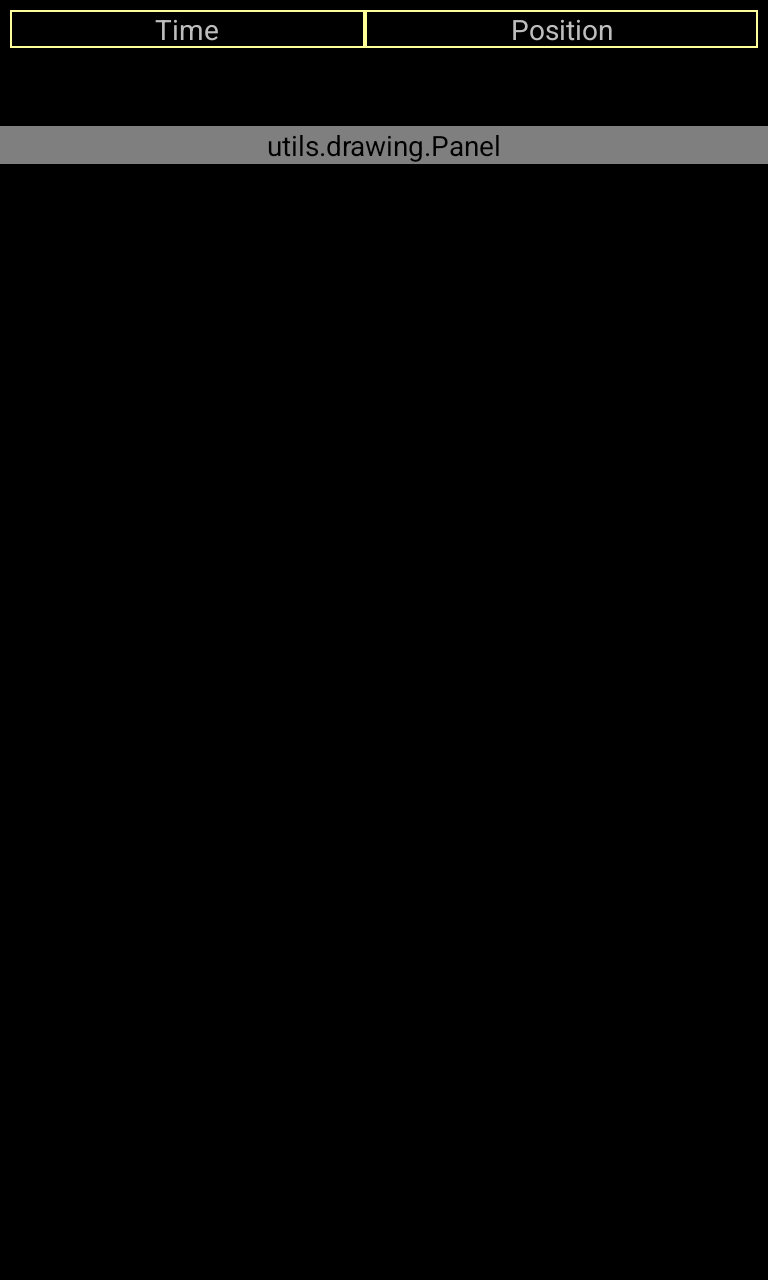
Repository: matthew-robertson/PhysLab
Layout: Phys Lab/Phys Lab/res/layout/activity_graphing.xml
These files come from the project's save history. The layout is drawn as it stood at one moment and after the next save; the edit follows.
Pictures or frames that could not be fetched are drawn as grey boxes. It is drawn on a 768 x 1280 px phone screen (xhdpi) without system bars, with theme android:Theme.Holo; the app's code is not run.

Above is the layout before, as saved 2013-01-08 14:33:27.

After the next save:
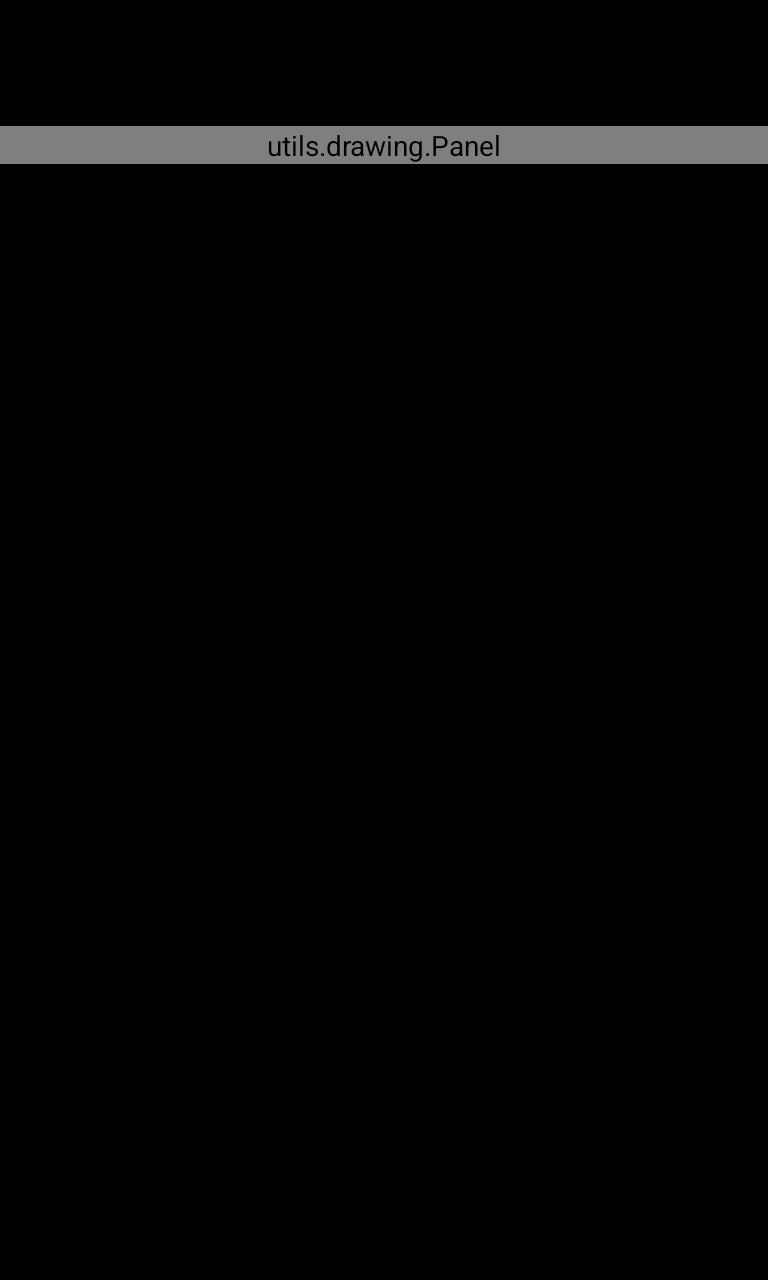
Saved 47 s later.
--- a/Phys Lab/Phys Lab/res/layout/activity_graphing.xml
+++ b/Phys Lab/Phys Lab/res/layout/activity_graphing.xml
@@ -25,13 +25,6 @@
                 android:layout_height="wrap_content"
                 android:orientation="vertical" >
 
-                <ScrollView
-                    xmlns:android="http://schemas.android.com/apk/res/android"
-                    android:id="@+id/scroll_view_data_tab"
-                    android:layout_width="fill_parent"
-                    android:layout_height="fill_parent"
-                    android:fillViewport="true" >
-
                     <TableLayout
                         android:id="@+id/table_layout_data"
                         android:layout_width="match_parent"
@@ -40,27 +33,7 @@
                         android:paddingTop="60dp"
                         android:stretchColumns="0,1" >
 
-                        <TableRow
-                            android:id="@+id/data_table_header"
-                            android:layout_width="match_parent"
-                            android:layout_height="match_parent" >
-
-                            <TextView
-                                android:id="@+id/runLabel"
-                                android:layout_height="wrap_content"
-                                android:background="@drawable/cell_style"
-                                android:gravity="center"
-                                android:text="Time" />
-
-                            <TextView
-                                android:id="@+id/hitLabel"
-                                android:layout_height="wrap_content"
-                                android:background="@drawable/cell_style"
-                                android:gravity="center"
-                                android:text="Position" />
-                        </TableRow>
                     </TableLayout>
-                </ScrollView>
             </LinearLayout>
 
 	        <!-- Tab 1 -->
